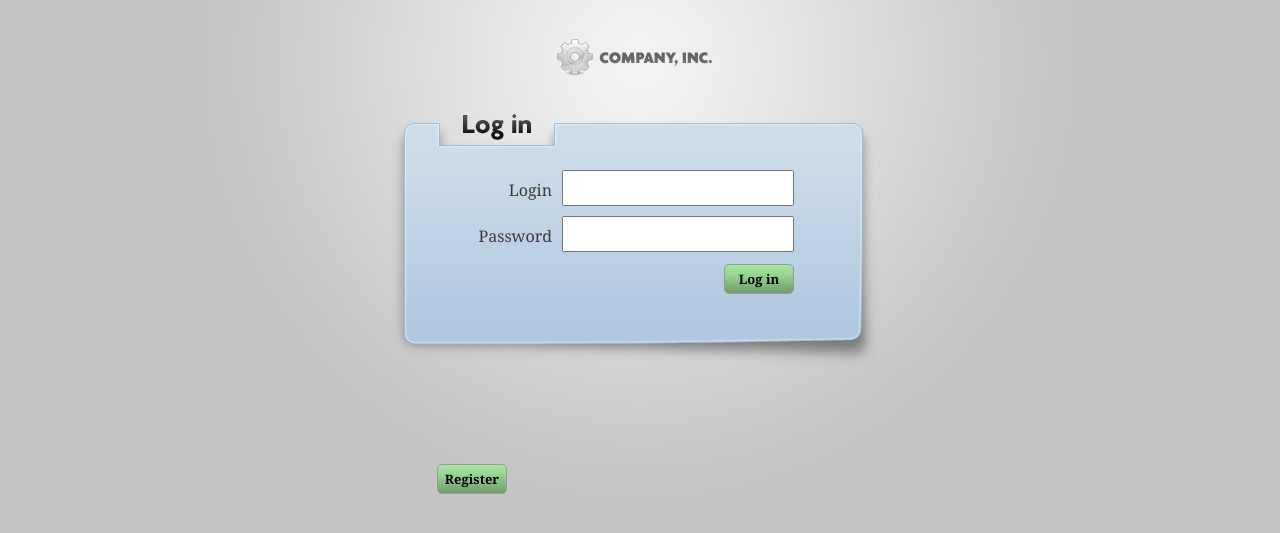
Repository: zlenyk/wrzucak
Page: http://localhost/Shop/
An editor plug-in stored every save of this project. The page is shown before and after the next save, followed by the edit.
The browser window is 1280 px wide. The pictures show the whole page.
The page is served by Tomcat 9.

Above is the page before, as saved 2013-09-20 10:05:02.

### Shop/WebContent/index.html
<!DOCTYPE html PUBLIC "-//W3C//DTD XHTML 1.0 Transitional//EN" "http://www.w3.org/TR/xhtml1/DTD/xhtml1-transitional.dtd">
<html xmlns="http://www.w3.org/1999/xhtml">

<head>
	<meta http-equiv="Content-Type" content="text/html; charset=UTF-8" />

	<title>Login Page</title>

	<link rel="stylesheet" type="text/css" href="style.css" />

</head>

<body>

	<form id="login-form" method="post" action="http://localhost:8080/Shop/Login">
		<fieldset>

			<legend>Log in</legend>

			<label for="login">Login</label>
			<input type="text" id="login" name="login"/>
			<div class="clear"></div>

			<label for="password">Password</label>
			<input type="password" id="password" name="password"/>
			<div class="clear"></div>

			<input type="hidden" name ="action" value = "login" />

			<br />

			<input type="submit" style="margin: -20px 0 0 287px;" class="button" name="commit" value="Log in"/>
		</fieldset>
	</form>

	<form id="login-form" method="post" action="http://localhost:8080/Shop/Registration">
			<input type="submit" style="margin: 110px 0 0 0px;" class="button" name="commit" value="Register"/>
	</form>
</body>

</html>

### Shop/WebContent/style.css
*					{ margin: 0; padding: 0; }
body				{ font-family: Georgia, serif; background: url(images/login-page-bg.jpg) top center no-repeat #c4c4c4; color: #3a3a3a;  }

.clear				{ clear: both; }

form				{ width: 406px; margin: 170px auto 0; }

legend				{ display: none; }

fieldset			{ border: 0; }

label				{ width: 115px; text-align: right; float: left; margin: 0 10px 0 0; padding: 9px 0 0 0; font-size: 16px; }

input				{ width: 220px; display: block; padding: 4px; margin: 0 0 10px 0; font-size: 18px;
					  color: #3a3a3a; font-family: Georgia, serif;}
input[type=checkbox]{ width: 20px; margin: 0; display: inline-block; }

.button				{ background: url(images/button-bg.png) repeat-x top center; border: 1px solid #999;
					  -moz-border-radius: 5px; padding: 5px; color: black; font-weight: bold;
					  -webkit-border-radius: 5px; font-size: 13px;  width: 70px; }
.button:hover		{ background: white; color: black; }

After the next save:
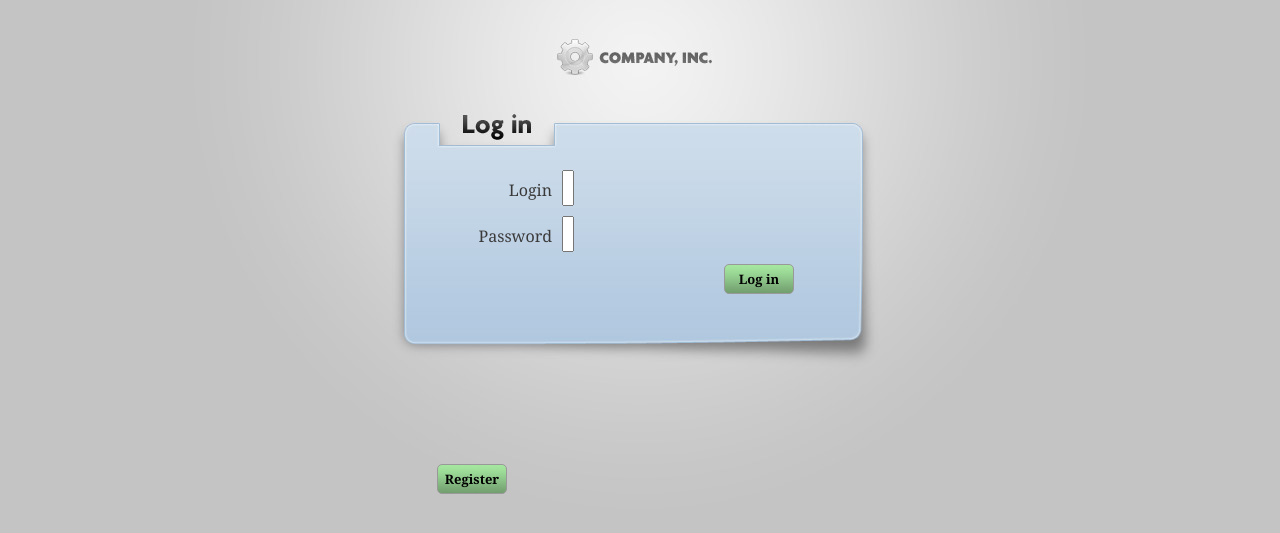
Saved 9 s later.
--- a/Shop/WebContent/style.css
+++ b/Shop/WebContent/style.css
@@ -11,7 +11,7 @@
 
 label				{ width: 115px; text-align: right; float: left; margin: 0 10px 0 0; padding: 9px 0 0 0; font-size: 16px; }
 
-input				{ width: 220px; display: block; padding: 4px; margin: 0 0 10px 0; font-size: 18px;
+input				{ width: 0; display: block; padding: 4px; margin: 0 0 10px 0; font-size: 18px;
 					  color: #3a3a3a; font-family: Georgia, serif;}
 input[type=checkbox]{ width: 20px; margin: 0; display: inline-block; }
 

After the save that followed:
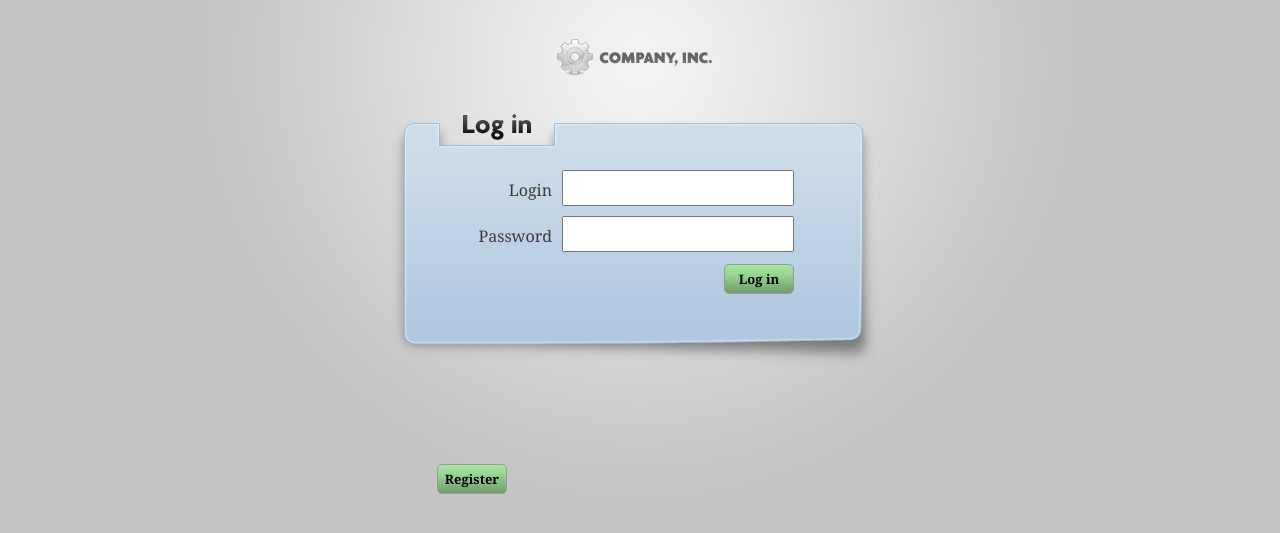
Saved 5 s later.
--- a/Shop/WebContent/style.css
+++ b/Shop/WebContent/style.css
@@ -11,7 +11,7 @@
 
 label				{ width: 115px; text-align: right; float: left; margin: 0 10px 0 0; padding: 9px 0 0 0; font-size: 16px; }
 
-input				{ width: 0; display: block; padding: 4px; margin: 0 0 10px 0; font-size: 18px;
+input				{ width: 220px; display: block; padding: 4px; margin: 0 0 10px 0; font-size: 18px;
 					  color: #3a3a3a; font-family: Georgia, serif;}
 input[type=checkbox]{ width: 20px; margin: 0; display: inline-block; }
 
